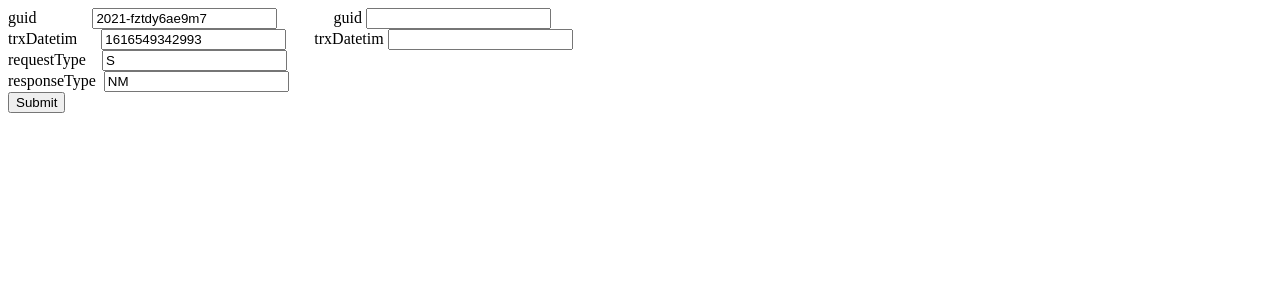
Repository: kchan75/kakaobank
Page: inserver/src/main/resources/static/index.html
The author's editor kept a copy of each file at every save. The page is drawn from the files as they stood at one save, then again after the next save.
The browser window is 1280 px wide. The pictures show the whole page.

Above is the page before, as saved 2021-03-24 03:17:26.

### inserver/src/main/resources/static/index.html
<html>
<head>
<title>test</title>
<script language="javascript">
	function setData(){
		  var time= new Date(); //시간받기위해서 new date
		  document.getElementById("trxDatetim").value=time.getTime();
		  document.getElementById("guid").value=time.getFullYear() + "-"+  Math.random().toString(36).substr(2,11);
		}
</script>
</head>

<body >
	<form id="formElem">
		<label> guid&nbsp; &nbsp; &nbsp; &nbsp; &nbsp;&nbsp; &nbsp;&nbsp; </label><input type="text" name="guid" id="guid" value="2021-fztdy6ae9m7">
		<label> &nbsp; &nbsp; &nbsp; &nbsp; &nbsp;&nbsp; &nbsp;&nbsp;guid </label><input type="text" name="resguid" id="resguid" value="">
		<br/>
		<label> trxDatetim &nbsp; &nbsp;&nbsp; </label> <input type="text" name="trxDatetim" id="trxDatetim" value="1616549342993">
		<label>  &nbsp; &nbsp;&nbsp;&nbsp;&nbsp;trxDatetim </label> <input type="text" name="restrxDatetim" id="restrxDatetim" value="">
		<br/>
		<label> requestType&nbsp; &nbsp; </label> <input type="text" name="requestType" value="S"> <br/>
		<label> responseType&nbsp;  </label> <input type="text" name="responseType" value="NM"> <br/>
		<input type="submit" onclick="setData()">
	</form>
	<div id="div"></div>
</body>

<script>
    formElem.onsubmit = async (e) => {
      e.preventDefault();
      var form = document.querySelector("#formElem");
     // var form = document.forms[0];

        data = {
          "common":
          {
        	  guid : form.querySelector('input[name="guid"]').value,
        	  trxDatetim : form.querySelector('input[name="trxDatetim"]').value,
        	  requestType : form.querySelector('input[name="requestType"]').value,
        	  responseType : form.querySelector('input[name="responseType"]').value
          },
	      "biz":
	      {
	      	  service : "testService",
	      	  inputData : "INDATA",
	      	  outputData : "OUTDATA"
	      }
        }

        let response = await fetch('http://localhost:8080/kchan', {
                method: 'POST', // or 'PUT'
                headers: {
                    'Content-Type': 'application/json',
                    'Access-Control-Allow-Origin':'*'
                },
                body: JSON.stringify(data),
        })

        //let text = await response.text(); // read response body as text
        console.log(response);

        document.querySelector("#div").innerHTML = response.data;
    };
</script>
</html>

After the next save:
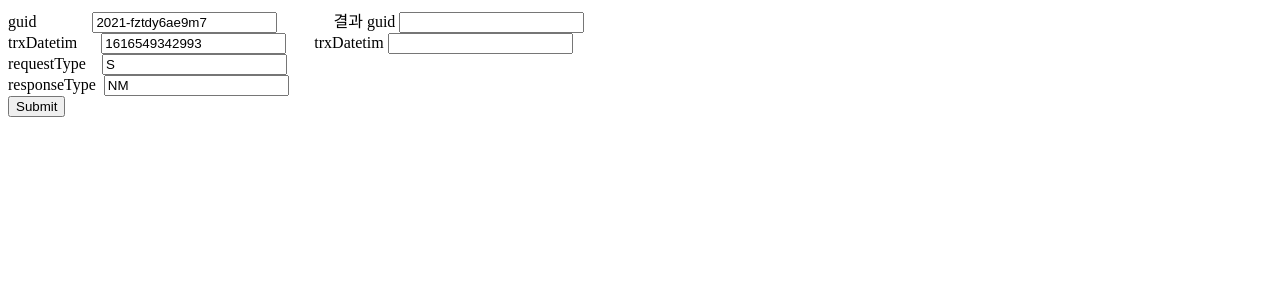
Saved 25 s later.
--- a/inserver/src/main/resources/static/index.html
+++ b/inserver/src/main/resources/static/index.html
@@ -13,7 +13,7 @@
 <body >
 	<form id="formElem">
 		<label> guid&nbsp; &nbsp; &nbsp; &nbsp; &nbsp;&nbsp; &nbsp;&nbsp; </label><input type="text" name="guid" id="guid" value="2021-fztdy6ae9m7">
-		<label> &nbsp; &nbsp; &nbsp; &nbsp; &nbsp;&nbsp; &nbsp;&nbsp;guid </label><input type="text" name="resguid" id="resguid" value="">
+		<label> &nbsp; &nbsp; &nbsp; &nbsp; &nbsp;&nbsp; &nbsp;&nbsp;결과 guid </label><input type="text" name="resguid" id="resguid" value="">
 		<br/>
 		<label> trxDatetim &nbsp; &nbsp;&nbsp; </label> <input type="text" name="trxDatetim" id="trxDatetim" value="1616549342993">
 		<label>  &nbsp; &nbsp;&nbsp;&nbsp;&nbsp;trxDatetim </label> <input type="text" name="restrxDatetim" id="restrxDatetim" value="">
